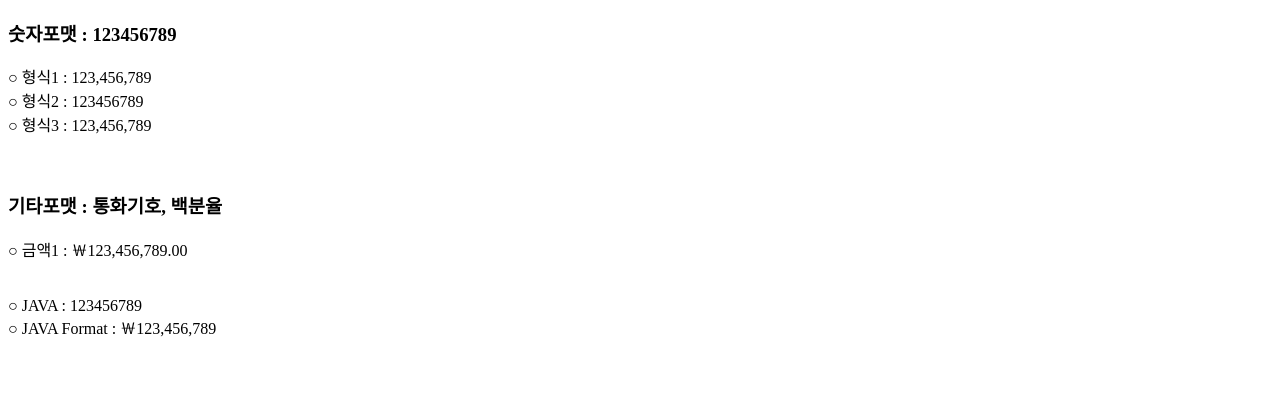
Repository: youngmoon525/Jsp_Servlet
Page: http://localhost/03.JSP/jsp39.jsp
An editor plug-in stored every save of this project. The page is shown before and after the next save, followed by the edit.
The browser window is 1280 px wide. The pictures show the whole page.
The page is served by Tomcat 9.

Above is the page before, as saved 2021-09-09 04:08:38.

After the next save:
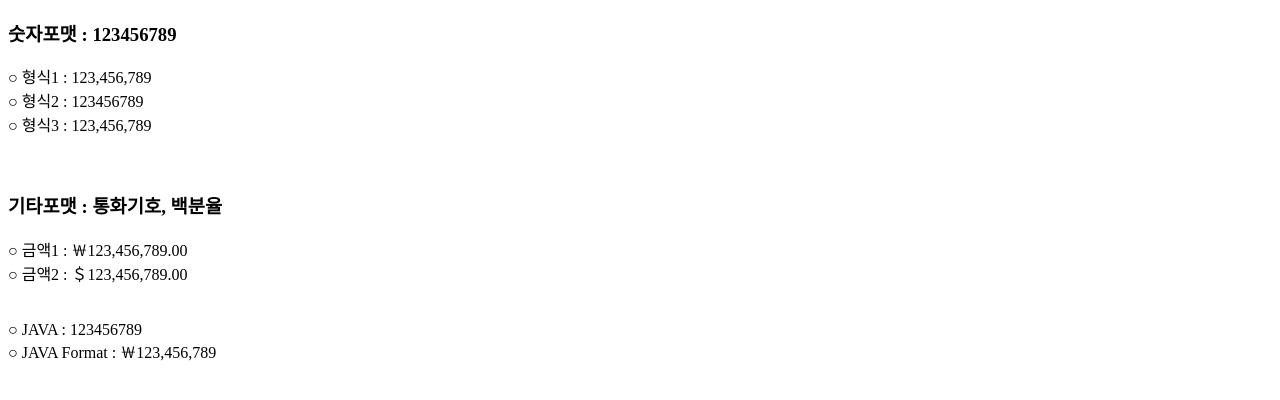
Saved 47 s later.
--- a/workspace/03.JSP/WebContent/jsp39.jsp
+++ b/workspace/03.JSP/WebContent/jsp39.jsp
@@ -19,6 +19,7 @@
 <h3>기타포맷 : 통화기호, 백분율</h3>
 <%-- 통화기호 : ㄹ → 한자 --%>
 ○ 금액1 : <fmt:formatNumber value="${num}" type="currency" currencySymbol="￦"/><br/>
+○ 금액2 : <fmt:formatNumber value="${num}" type="currency" currencySymbol="＄"/><br/>
 
 
 <br/><br/>
